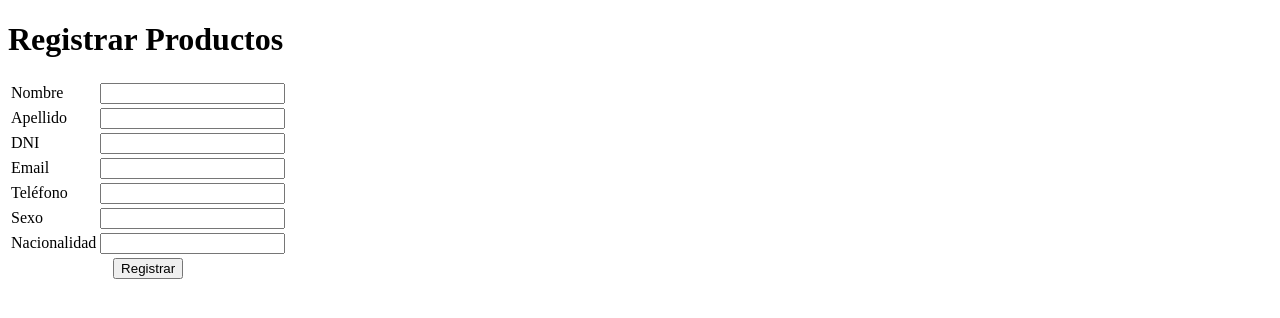
Repository: Rodrigo1477/CL2_RodrigoWismann_LPII
Page: http://localhost/ProyectoMavenCL2Rodrigo/RegistrarProductos.jsp
The author's editor kept a copy of each file at every save. The page is drawn from the files as they stood at one save, then again after the next save.
The browser window is 1280 px wide. The pictures show the whole page.
The page is served by Tomcat 9.

Above is the page before, as saved 2024-06-21 08:06:52.

After the next save:
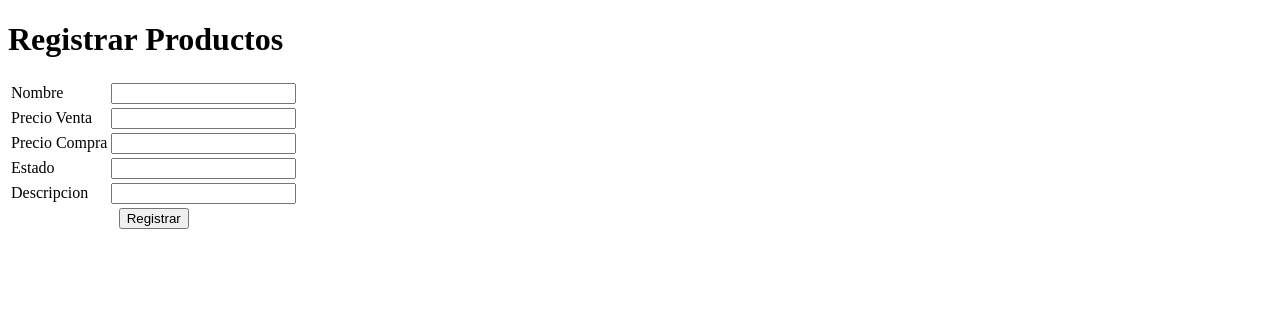
Saved 2 min 9 s later.
--- a/ProyectoMavenCL2Rodrigo/src/main/webapp/RegistrarProductos.jsp
+++ b/ProyectoMavenCL2Rodrigo/src/main/webapp/RegistrarProductos.jsp
@@ -18,29 +18,22 @@
             <td><input type="text" name="nombre"></td>
         </tr>
         <tr>
-            <td>Apellido</td>
-            <td><input type="text" name="apellido"></td>
+            <td>Precio Venta</td>
+            <td><input type="text" name="precioventa"></td>
         </tr>
         <tr>
-            <td>DNI</td>
-            <td><input type="text" name="dni"></td>
+            <td>Precio Compra</td>
+            <td><input type="text" name="preciocompra"></td>
         </tr>
         <tr>
-            <td>Email</td>
-            <td><input type="text" name="email"></td>
+            <td>Estado</td>
+            <td><input type="text" name="estado"></td>
         </tr>
         <tr>
-            <td>Teléfono</td>
-            <td><input type="text" name="telefono"></td>
+            <td>Descripcion</td>
+            <td><input type="text" name="descripcion"></td>
         </tr>
-        <tr>
-            <td>Sexo</td>
-            <td><input type="text" name="sexo"></td>
-        </tr>
-        <tr>
-            <td>Nacionalidad</td>
-            <td><input type="text" name="nacionalidad"></td>
-        </tr>
+
         <tr>
             <td colspan="2" style="text-align:center">
                 <input type="submit" value="Registrar">
